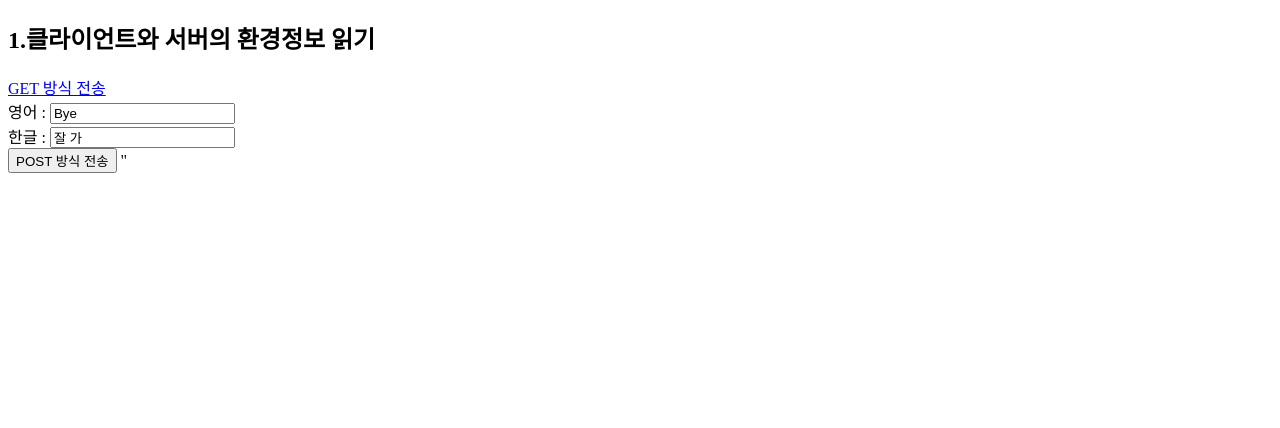
Repository: KJH981020/JSP_servlet
Page: http://localhost/MustHaveJSP_/02ImplicitObject/RequestMain.jsp
The author's editor kept a copy of each file at every save. The page is drawn from the files as they stood at one save, then again after the next save.
The browser window is 1280 px wide. The pictures show the whole page.
The page is served by Tomcat 9. Other server files are loaded and not shown.

Above is the page before, as saved 2025-05-02 05:48:06.

### MustHaveJSP_/src/main/webapp/02ImplicitObject/RequestMain.jsp
<%@ page language="java" contentType="text/html; charset=UTF-8"
    pageEncoding="UTF-8"%>
<!DOCTYPE html>
<html>
	<head>
	<meta charset="UTF-8">
	<title>내장객체 - request</title>
	</head>
	<body>
		<h2>1.클라이언트와 서버의 환경정보 읽기</h2>
		<a href="./RequestWebInfo.jsp?eng=Hello&han=안녕">
		GET 방식 전송
		</a>
		<br />
		<form action="RequestWebInfo.jsp" method="post">
			영어 : <input type="text" name="eng" value="Bye" /><br />
			한글 : <input type="text" name="han" value="잘 가" /><br />
			<input type="submit" value="POST 방식 전송" />
"		</form>
	</body>
</html>

After the next save:
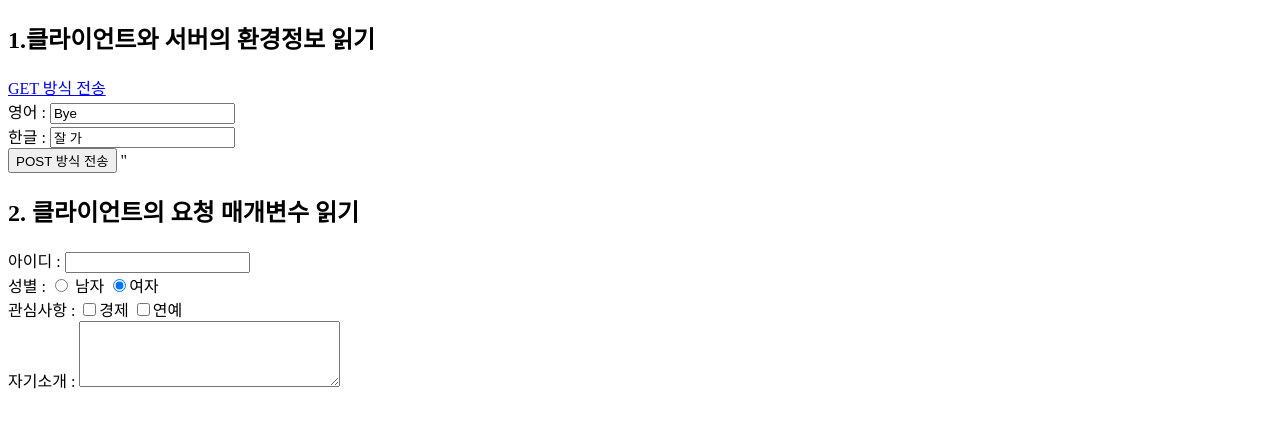
Saved 6 min 59 s later.
--- a/MustHaveJSP_/src/main/webapp/02ImplicitObject/RequestMain.jsp
+++ b/MustHaveJSP_/src/main/webapp/02ImplicitObject/RequestMain.jsp
@@ -17,5 +17,21 @@
 			한글 : <input type="text" name="han" value="잘 가" /><br />
 			<input type="submit" value="POST 방식 전송" />
 "		</form>
+
+		<h2>2. 클라이언트의 요청 매개변수 읽기</h2>
+		<form method="post" action="RequestParameter.jsp">
+			아이디 : <input type="text" name="id" value="" /><br />
+			성별 :
+			<input type="radio" name="sex" value="man" /> 남자
+			<input type="radio" name="sex" value="woman" checked="checked" />여자
+			<br />
+			관심사항 :
+			<input type="checkbox" name="favo" value="eco" />경제
+			<input type="checkbox" name="favo" value="ent" />연예<br />
+			자기소개 :
+			<textarea name="intro" cols="30" rows="4"></textarea>
+			<br />
+
+		</form>
 	</body>
 </html>
